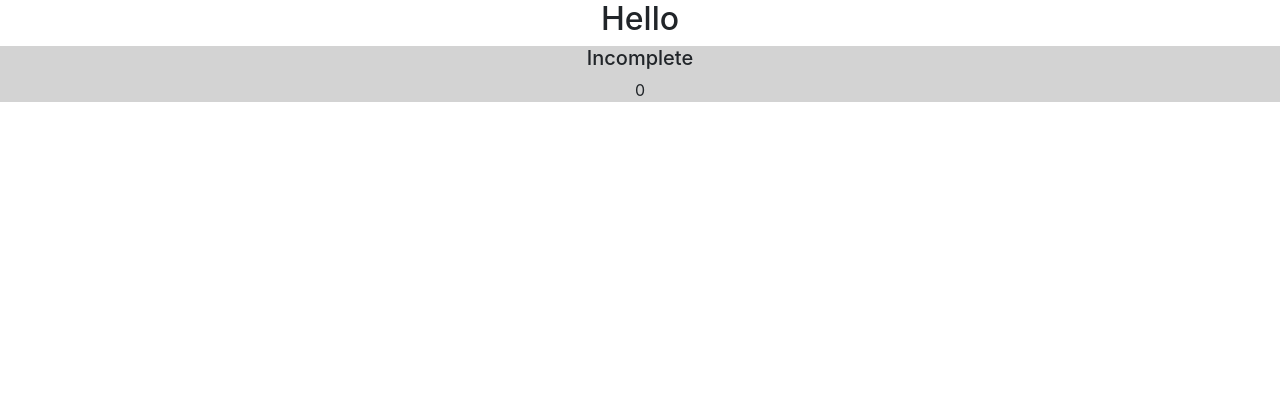
Repository: Sharif-00112/dashboard-task-frontend
Page: /
An editor plug-in stored every save of this project. The page is shown before and after the next save, followed by the edit.
The browser window is 1280 px wide. The pictures show the whole page.
The project was rebuilt for these pictures with package versions that can differ from the ones it lists, and the page was loaded fresh each time.

Above is the page before, as saved 2023-01-27 23:28:04.

### src/index.js
import React from 'react';
import 'bootstrap/dist/css/bootstrap.css';
import ReactDOM from 'react-dom/client';
import './index.css';
import App from './App';
import reportWebVitals from './reportWebVitals';

const root = ReactDOM.createRoot(document.getElementById('root'));
root.render(
  <React.StrictMode>
    <App />
  </React.StrictMode>
);

// If you want to start measuring performance in your app, pass a function
// to log results (for example: reportWebVitals(console.log))
// or send to an analytics endpoint. Learn more: https://bit.ly/CRA-vitals
reportWebVitals();

### src/App.js
import './App.css';
import Incomplete from './Components/Incomplete';

function App() {
  return (
    <div className="App">

      <h2>Hello</h2>
      <Incomplete></Incomplete>
    </div>
  );
}

export default App;

### src/Components/Incomplete.js
import React, { useState } from 'react';
import { useEffect } from 'react';
import './styles.css';
import Task from './Task';

const Incomplete = () => {
    const [tasks, setTasks] = useState([]);
    useEffect( ()=> {
        fetch('./tasks.JSON')
        .then(res => res.json())
        .then(data => setTasks(data))
    } ,[])
    return (
        <div className='background'>
            <div className="">
                <h5>Incomplete</h5>
                <p>0</p>
            </div>
            <div className="section-container">
                <div className="task-container">
                    {
                        tasks.map(task => <Task
                            key={task.taskNo}
                            task={task}
                        ></Task>)
                    }
                </div>
            </div>
        </div>
    );
};

export default Incomplete;

### src/Components/styles.css
.background{
    background-color: lightgray;
}

### src/Components/Task.js
import React from 'react';

const Task = (props) => {
    const {} = props.task;
    return (
        <div>

        </div>
    );
};

export default Task;

### public/tasks.JSON
[
    {
      "clientName": "Client Name",
      "clientImg": "clientIMG.jpg",
      "supervisorName": "Sadik Istiak",
      "supervisorImg": "supervisorIMG.jpg",
      "taskSummary": "Lorem ipsum dolor sit amet consectetur adipisicing elit. Pariatur velit nemo accusamus. Dolorum, doloribus quisquam unde repellat iusto voluptatum quasi?",
      "progress": "1/2",
      "staff1Img": "staff1.jpg",
      "staff2Img": "staff2.jpg",
      "modules": 12,
      "message": 15,
      "attachment": 25,
      "date": "30-12-2022"
    },
    {
      "clientName": "Client Name",
      "clientImg": "clientIMG.jpg",
      "supervisorName": "Sadik Istiak",
      "supervisorImg": "supervisorIMG.jpg",
      "taskSummary": "Lorem ipsum dolor sit amet consectetur adipisicing elit. Pariatur velit nemo accusamus. Dolorum, doloribus quisquam unde repellat iusto voluptatum quasi?",
      "progress": "1/2",
      "staff1Img": "staff1.jpg",
      "staff2Img": "staff2.jpg",
      "modules": 12,
      "message": 15,
      "attachment": 25,
      "date": "30-12-2022"
    },
    {
      "clientName": "Client Name",
      "clientImg": "clientIMG.jpg",
      "supervisorName": "Sadik Istiak",
      "supervisorImg": "supervisorIMG.jpg",
      "taskSummary": "Lorem ipsum dolor sit amet consectetur adipisicing elit. Pariatur velit nemo accusamus. Dolorum, doloribus quisquam unde repellat iusto voluptatum quasi?",
      "progress": "1/2",
      "staff1Img": "staff1.jpg",
      "staff2Img": "staff2.jpg",
      "modules": 12,
      "message": 15,
      "attachment": 25,
      "date": "30-12-2022"
    },
    {
      "clientName": "Client Name",
      "clientImg": "clientIMG.jpg",
      "supervisorName": "Sadik Istiak",
      "supervisorImg": "supervisorIMG.jpg",
      "taskSummary": "Lorem ipsum dolor sit amet consectetur adipisicing elit. Pariatur velit nemo accusamus. Dolorum, doloribus quisquam unde repellat iusto voluptatum quasi?",
      "progress": "1/2",
      "staff1Img": "staff1.jpg",
      "staff2Img": "staff2.jpg",
      "modules": 12,
      "message": 15,
      "attachment": 25,
      "date": "30-12-2022"
    },
    {
      "clientName": "Client Name",
      "clientImg": "clientIMG.jpg",
      "supervisorName": "Sadik Istiak",
      "supervisorImg": "supervisorIMG.jpg",
      "taskSummary": "Lorem ipsum dolor sit amet consectetur adipisicing elit. Pariatur velit nemo accusamus. Dolorum, doloribus quisquam unde repellat iusto voluptatum quasi?",
      "progress": "1/2",
      "staff1Img": "staff1.jpg",
      "staff2Img": "staff2.jpg",
      "modules": 12,
      "message": 15,
      "attachment": 25,
      "date": "30-12-2022"
    },
    {
      "clientName": "Client Name",
      "clientImg": "clientIMG.jpg",
      "supervisorName": "Sadik Istiak",
      "supervisorImg": "supervisorIMG.jpg",
      "taskSummary": "Lorem ipsum dolor sit amet consectetur adipisicing elit. Pariatur velit nemo accusamus. Dolorum, doloribus quisquam unde repellat iusto voluptatum quasi?",
      "progress": "1/2",
      "staff1Img": "staff1.jpg",
      "staff2Img": "staff2.jpg",
      "modules": 12,
      "message": 15,
      "attachment": 25,
      "date": "30-12-2022"
    },
    {
      "clientName": "Client Name",
      "clientImg": "clientIMG.jpg",
      "supervisorName": "Sadik Istiak",
      "supervisorImg": "supervisorIMG.jpg",
      "taskSummary": "Lorem ipsum dolor sit amet consectetur adipisicing elit. Pariatur velit nemo accusamus. Dolorum, doloribus quisquam unde repellat iusto voluptatum quasi?",
      "progress": "1/2",
      "staff1Img": "staff1.jpg",
      "staff2Img": "staff2.jpg",
      "modules": 12,
      "message": 15,
      "attachment": 25,
      "date": "30-12-2022"
    },
    {
      "clientName": "Client Name",
      "clientImg": "clientIMG.jpg",
      "supervisorName": "Sadik Istiak",
      "supervisorImg": "supervisorIMG.jpg",
      "taskSummary": "Lorem ipsum dolor sit amet consectetur adipisicing elit. Pariatur velit nemo accusamus. Dolorum, doloribus quisquam unde repellat iusto voluptatum quasi?",
      "progress": "1/2",
      "staff1Img": "staff1.jpg",
      "staff2Img": "staff2.jpg",
      "modules": 12,
      "message": 15,
      "attachment": 25,
      "date": "30-12-2022"
    },
    {
      "clientName": "Client Name",
      "clientImg": "clientIMG.jpg",
      "supervisorName": "Sadik Istiak",
      "supervisorImg": "supervisorIMG.jpg",
      "taskSummary": "Lorem ipsum dolor sit amet consectetur adipisicing elit. Pariatur velit nemo accusamus. Dolorum, doloribus quisquam unde repellat iusto voluptatum quasi?",
      "progress": "1/2",
      "staff1Img": "staff1.jpg",
      "staff2Img": "staff2.jpg",
      "modules": 12,
      "message": 15,
      "attachment": 25,
      "date": "30-12-2022"
    },
    {
      "clientName": "Client Name",
      "clientImg": "clientIMG.jpg",
      "supervisorName": "Sadik Istiak",
      "supervisorImg": "supervisorIMG.jpg",
      "taskSummary": "Lorem ipsum dolor sit amet consectetur adipisicing elit. Pariatur velit nemo accusamus. Dolorum, doloribus quisquam unde repellat iusto voluptatum quasi?",
      "progress": "1/2",
      "staff1Img": "staff1.jpg",
      "staff2Img": "staff2.jpg",
      "modules": 12,
      "message": 15,
      "attachment": 25,
      "date": "30-12-2022"
    }
]

Loaded but not shown: public/index.html (common file); src/index.css (common file); src/reportWebVitals.js (common file); src/App.css (common file)

After the next save:
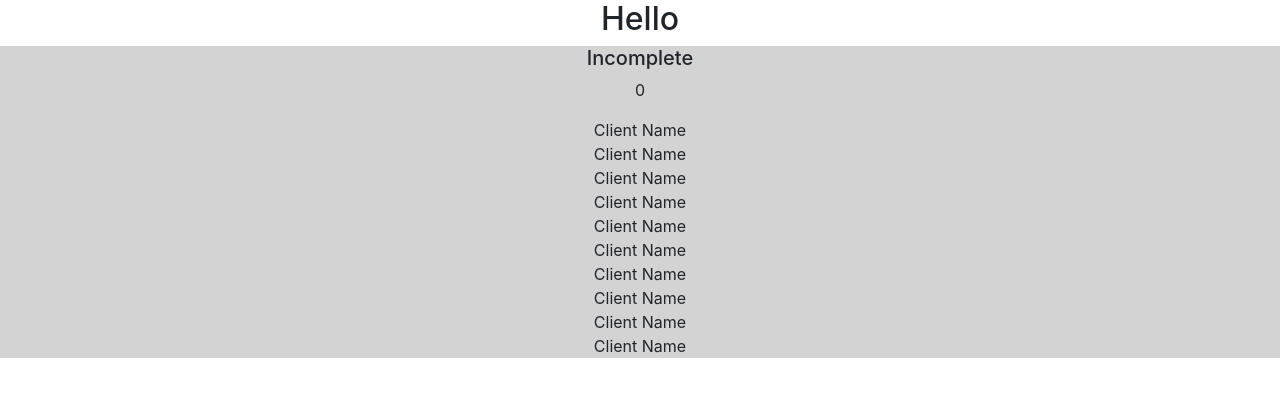
Saved 19 s later.
--- a/src/Components/Task.js
+++ b/src/Components/Task.js
@@ -1,10 +1,10 @@
 import React from 'react';
 
 const Task = (props) => {
-    const {} = props.task;
+    const {clientName} = props.task;
     return (
         <div>
-
+            {clientName}
         </div>
     );
 };
